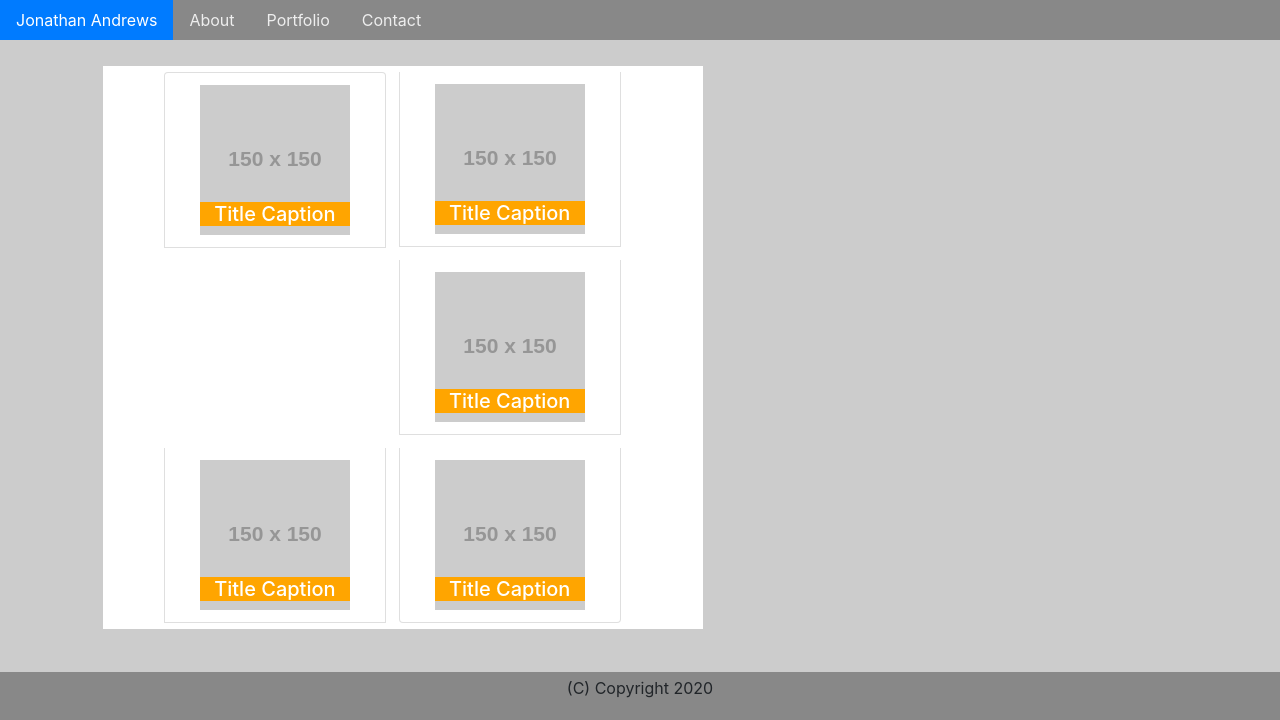
Repository: ionathas78/ionathas78.github.io
Page: portfolio.html
These files come from the project's save history. The page is drawn as it stood at one moment and after the next save; the edit follows.
The browser window is 1280 px wide. The pictures show the whole page.

Above is the page before, as saved 2020-03-17 18:06:24.

After the next save:
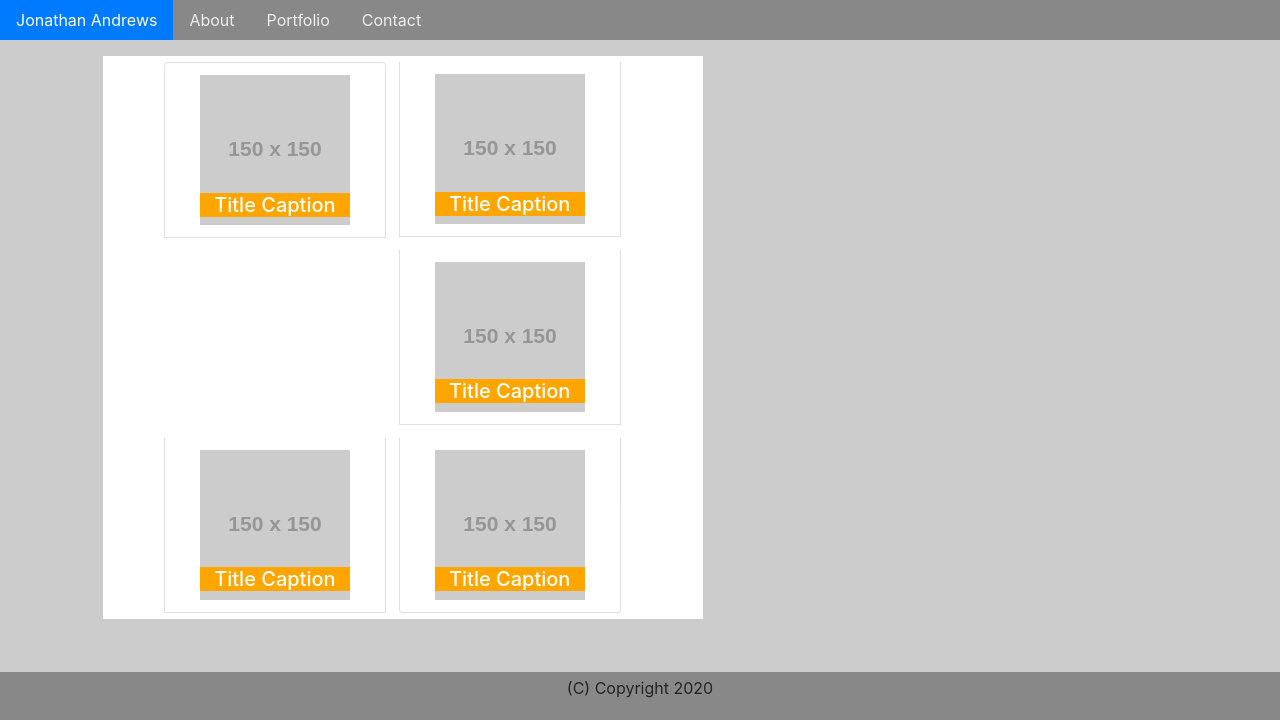
Saved 44 s later.
--- a/portfolio.html
+++ b/portfolio.html
@@ -28,7 +28,7 @@
     <div class="container">
         <div class="row">
             <div class="col-md-7">
-                <div class="container clearfix" style="max-width: 600px; background-color: white; margin-top: 2vw;">
+                <div class="container clearfix" style="max-width: 600px; background-color: white; ">
                     <!-- <ul class="list-group list-group-horizontal float-left"> -->
                     <ul>
                         <li class="list-group-item float-left" style="margin: 0.5vw;">
